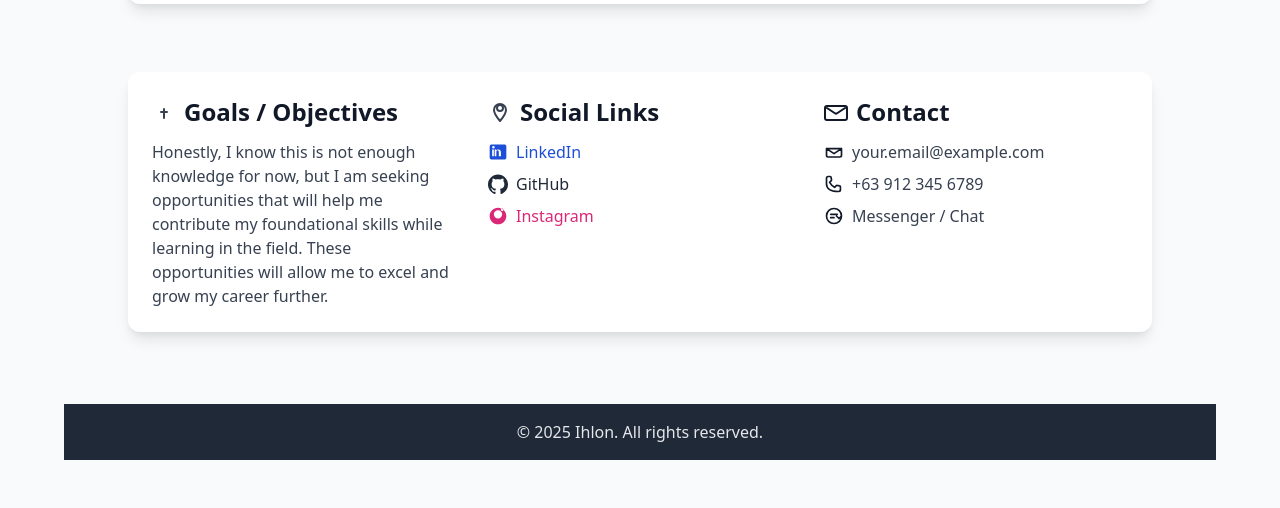
Repository: MeekSharkdev/cv-portfolio
Page: index.html
These files come from the project's save history. The page is drawn as it stood at one moment and after the next save; the edit follows.
The browser window is 1280 px wide. The pictures show the part of the page from y = 2196 to 2704 px (the page is 2704 px tall before and 2648 px after).
A picture or video elsewhere on the page could not be fetched, so the positions and the page height are approximate.

Above is the page before, as saved 2026-01-31 16:38:59.
Not found: styles.css

### index.html
<!DOCTYPE html>
<html lang="en">

<head>
    <meta charset="UTF-8" />
    <meta name="viewport" content="width=device-width, initial-scale=1.0" />
    <title>Landing Page Template</title>
    <link href="https://cdn.jsdelivr.net/npm/tailwindcss/dist/tailwind.min.css" rel="stylesheet">
    <link href="styles.css" rel="stylesheet">
</head>

<body class="bg-gray-50 text-gray-900 m-0 p-0">

    <!-- Hero Section -->
<header>
    <!-- Upper Left Container -->
    <section class="py-12 px-6 md:px-16 bg-gray-50">
        <div class="max-w-6xl mx-auto flex flex-col md:flex-row items-center md:items-start gap-8">

            <!-- Profile Image -->
            <div class="flex-shrink-0">
                <img src="assets/profile-placeholder.jpg" alt="Profile Picture"
                    class="w-48 h-48 md:w-56 md:h-56 object-cover rounded-lg shadow-lg">
            </div>

            <!-- Info Section -->
            <div class="flex flex-col justify-center gap-4">
                <!-- Full Name -->
                <h1 class="text-4xl md:text-5xl font-bold">Your Full Name</h1>

                <!-- Location -->
                <div class="flex items-center gap-2 text-gray-700">
                    <!-- Location icon (black & white stroke only) -->
                    <svg xmlns="http://www.w3.org/2000/svg" class="h-5 w-5 text-gray-700" fill="none"
                        viewBox="0 0 24 24" stroke="currentColor">
                        <path stroke-linecap="round" stroke-linejoin="round" stroke-width="2"
                            d="M12 11c1.657 0 3-1.343 3-3S13.657 5 12 5 9 6.343 9 8s1.343 3 3 3z" />
                        <path stroke-linecap="round" stroke-linejoin="round" stroke-width="2"
                            d="M12 21s-6-7-6-11a6 6 0 1112 0c0 4-6 11-6 11z" />
                    </svg>
                    <span>NCR, Philippines</span>
                </div>

                <!-- Buttons -->
                <div class="flex gap-4 mt-4">
                    <a href="assets/your-resume.pdf" target="_blank"
                        class="px-6 py-2 bg-black text-white rounded-lg hover:bg-gray-800 transition">
                        View Resume
                    </a>
                    <a href="mailto:your.email@example.com"
                        class="px-6 py-2 border border-black text-black rounded-lg hover:bg-black hover:text-white transition">
                        Send Email
                    </a>
                </div>
            </div>

        </div>
    </section>
</header>


    <!-- Features Section -->
<!-- About Me + Experience Side-by-Side -->
<section class="py-6 px-6 md:px-16 bg-gray-50">
    <div class="max-w-6xl mx-auto mt-5 flex flex-col md:flex-row gap-6">

        <!-- About Me (Left) -->
        <div class="md:w-1/2 p-6 bg-white rounded-xl shadow-lg shadow-gray-300/20">
            <!-- Header with Icon -->
            <div class="flex items-center gap-3 mb-4">
                <!-- About Icon -->
                <svg xmlns="http://www.w3.org/2000/svg" class="h-6 w-6 text-gray-700" fill="none" viewBox="0 0 24 24"
                    stroke="currentColor">
                    <path stroke-linecap="round" stroke-linejoin="round" stroke-width="2"
                        d="M13 16h-1v-4h-1m1-4h.01M12 12h.01M12 12a4 4 0 110-8 4 4 0 010 8z" />
                </svg>
                <h2 class="text-2xl font-semibold">About Me</h2>
            </div>

            <!-- Paragraphs -->
            <div class="flex flex-col gap-4 text-gray-700">
                <p>Lorem ipsum dolor sit amet, consectetur adipiscing elit. Sed do eiusmod tempor incididunt ut labore
                    et
                    dolore magna aliqua.</p>
                <p>I graduated last September 2025 and I am passionate about technology, programming, and continuous
                    learning.</p>
                <p>I am also the son of amazing parents, and I enjoy solving problems and building innovative solutions.
                </p>
            </div>
        </div>

        <!-- Experience / Timeline (Right) -->
        <div class="md:w-1/2 p-6 bg-white rounded-xl shadow-lg shadow-gray-300/20">
            <!-- Header with Icon -->
            <div class="flex items-center gap-3 mb-6">
                <!-- Standard Icon for all section headers -->
                <svg xmlns="http://www.w3.org/2000/svg" class="h-6 w-6 text-gray-700" fill="none" viewBox="0 0 24 24"
                    stroke="currentColor">
                    <circle cx="12" cy="12" r="10" stroke-width="2" stroke-linecap="round" stroke-linejoin="round" />
                </svg>
                <h2 class="text-2xl font-semibold">Experience</h2>
            </div>

            <!-- Timeline -->
            <div class="relative border-l-2 border-gray-300 pl-8 flex flex-col gap-8">

                <!-- Graduate (Latest, Top) -->
                <div class="relative">
                    <div class="absolute -left-4 top-0 w-3 h-3 bg-black rounded-full border-2 border-white"></div>
                    <div class="flex justify-between items-center">
                        <h3 class="text-lg font-bold">Graduate in BS Information Technology</h3>
                        <span class="text-gray-500">2026</span>
                    </div>
                    <p class="text-gray-600 mt-1">Completed degree with focus on software development and capstone
                        projects.</p>
                </div>

                <!-- Internship / OJT -->
                <div class="relative">
                    <div class="absolute -left-4 top-0 w-3 h-3 bg-gray-500 rounded-full border-2 border-white"></div>
                    <div class="flex justify-between items-center">
                        <h3 class="text-lg font-bold">OJT / Internship</h3>
                        <span class="text-gray-500">2025</span>
                    </div>
                    <p class="text-gray-600 mt-1">Web revamping (backend side) completed successfully.</p>
                </div>

                <!-- Capstone Project -->
                <div class="relative">
                    <div class="absolute -left-4 top-0 w-3 h-3 bg-gray-500 rounded-full border-2 border-white"></div>
                    <div class="flex justify-between items-center">
                        <h3 class="text-lg font-bold">My Capstone Project</h3>
                        <span class="text-gray-500">2024</span>
                    </div>
                    <p class="text-gray-600 mt-1">Web-based appointment scheduling system. I was the team leader.</p>
                </div>

                <!-- Bootcamp -->
                <div class="relative">
                    <div class="absolute -left-4 top-0 w-3 h-3 bg-gray-500 rounded-full border-2 border-white"></div>
                    <div class="flex justify-between items-center">
                        <h3 class="text-lg font-bold">Basic Fundamentals Bootcamp</h3>
                        <span class="text-gray-500">2023</span>
                    </div>
                    <p class="text-gray-600 mt-1">Attended basic fundamentals bootcamp for web development.</p>
                </div>

            </div>
        </div>

    </div>
</section>

    <!-- Tech Stack Section (Below About Me Section) -->
    <section class="py-6 px-6 md:px-16 bg-gray-50">
        <div class="max-w-6xl mx-auto mt-5 p-6 bg-white rounded-xl shadow-lg shadow-gray-300/20">

            <!-- Section Header -->
            <h2 class="text-2xl font-semibold mb-6 flex items-center gap-2">
                <!-- Laptop icon for Tech Stack & Skills -->
                <svg xmlns="http://www.w3.org/2000/svg" class="h-6 w-6 text-gray-700" fill="none" viewBox="0 0 24 24"
                    stroke="currentColor">
                    <path stroke-linecap="round" stroke-linejoin="round" stroke-width="2" d="M3 8h18v10H3V8z M2 18h20v2H2v-2z" />
                </svg>
                Tech Stack & Skills
            </h2>


            <!-- Categories -->
            <div class="flex flex-col gap-6">

                <!-- Frontend -->
                <div>
                    <h3 class="font-bold mb-2">Frontend:</h3>
                    <div class="flex flex-wrap gap-2">
                        <span class="px-3 py-1 bg-gray-200 rounded-full text-gray-700 text-sm">HTML</span>
                        <span class="px-3 py-1 bg-gray-200 rounded-full text-gray-700 text-sm">CSS</span>
                        <span class="px-3 py-1 bg-gray-200 rounded-full text-gray-700 text-sm">JavaScript</span>
                        <span class="px-3 py-1 bg-gray-200 rounded-full text-gray-700 text-sm">React (Vite)</span>
                        <span class="px-3 py-1 bg-gray-200 rounded-full text-gray-700 text-sm">Tailwind CSS</span>
                    </div>
                </div>

                <!-- Backend -->
                <div>
                    <h3 class="font-bold mb-2">Backend:</h3>
                    <div class="flex flex-wrap gap-2">
                        <span class="px-3 py-1 bg-gray-200 rounded-full text-gray-700 text-sm">PHP</span>
                        <span class="px-3 py-1 bg-gray-200 rounded-full text-gray-700 text-sm">C++</span>
                    </div>
                </div>

                <!-- Database -->
                <div>
                    <h3 class="font-bold mb-2">Database:</h3>
                    <div class="flex flex-wrap gap-2">
                        <span class="px-3 py-1 bg-gray-200 rounded-full text-gray-700 text-sm">MySQL</span>
                    </div>
                </div>

                <!-- Tools & Frameworks -->
                <div>
                    <h3 class="font-bold mb-2">Tools & Frameworks:</h3>
                    <div class="flex flex-wrap gap-2">
                        <span class="px-3 py-1 bg-gray-200 rounded-full text-gray-700 text-sm">GitHub</span>
                        <span class="px-3 py-1 bg-gray-200 rounded-full text-gray-700 text-sm">VSCode</span>
                        <span class="px-3 py-1 bg-gray-200 rounded-full text-gray-700 text-sm">Figma</span>
                    </div>
                </div>

                <!-- Foundational Skills -->
                <div>
                    <h3 class="font-bold mb-2">Foundational Skills:</h3>
                    <div class="flex flex-wrap gap-2">
                        <span class="px-3 py-1 bg-gray-200 rounded-full text-gray-700 text-sm">API Integration (Beginner &
                            Learning)</span>
                        <span class="px-3 py-1 bg-gray-200 rounded-full text-gray-700 text-sm">Responsive Web Design</span>
                        <span class="px-3 py-1 bg-gray-200 rounded-full text-gray-700 text-sm">JavaScript (Learning)</span>
                        <span class="px-3 py-1 bg-gray-200 rounded-full text-gray-700 text-sm">Python (Learning)</span>
                        <span class="px-3 py-1 bg-gray-200 rounded-full text-gray-700 text-sm">Laravel Framework (Basic &
                            Learning)</span>
                        <span class="px-3 py-1 bg-gray-200 rounded-full text-gray-700 text-sm">Postman (Learning)</span>
                        <span class="px-3 py-1 bg-gray-200 rounded-full text-gray-700 text-sm">Node.js (Learning)</span>
                        <span class="px-3 py-1 bg-gray-200 rounded-full text-gray-700 text-sm">Supabase (Learning)</span>
                    </div>
                </div>

            </div>

        </div>
    </section>

    <!-- Recent Certifications & Seminars Section (Below Tech Stack) -->
    <section class="py-6 px-6 md:px-16 bg-gray-50">
        <div class="max-w-6xl mx-auto mt-5 p-6 bg-white rounded-xl shadow-lg shadow-gray-300/20">

            <!-- Section Header -->
            <h2 class="text-2xl font-semibold mb-6 flex items-center gap-2">
                <!-- Certified stamp icon -->
                <svg xmlns="http://www.w3.org/2000/svg" class="h-6 w-6 text-gray-700" fill="none" viewBox="0 0 24 24"
                    stroke="currentColor">
                    <circle cx="12" cy="12" r="9" stroke-width="2" stroke-linecap="round" stroke-linejoin="round" />
                    <path stroke-linecap="round" stroke-linejoin="round" stroke-width="2" d="M9 12l2 2 4-4" />
                </svg>
                Recent Certifications & Seminars
            </h2>


            <!-- Items -->
            <div class="flex flex-col gap-4">

                <!-- Certification -->
                <div class="flex items-center gap-3 p-3 bg-gray-100 rounded-lg">
                    <svg xmlns="http://www.w3.org/2000/svg" class="h-5 w-5 text-green-600" fill="none" viewBox="0 0 24 24"
                        stroke="currentColor">
                        <path stroke-linecap="round" stroke-linejoin="round" stroke-width="2" d="M5 13l4 4L19 7" />
                    </svg>
                    <div class="flex justify-between w-full">
                        <span class="font-medium">TESDA NCII CSS - Computer Systems Servicing</span>
                        <span class="text-gray-500">2025</span>
                    </div>
                </div>

                <!-- Seminar: AI in the Workplace -->
                <div class="flex items-center gap-3 p-3 bg-gray-100 rounded-lg">
                    <svg xmlns="http://www.w3.org/2000/svg" class="h-5 w-5 text-blue-600" fill="none" viewBox="0 0 24 24"
                        stroke="currentColor">
                        <path stroke-linecap="round" stroke-linejoin="round" stroke-width="2" d="M12 8v4l3 3" />
                    </svg>
                    <div class="flex justify-between w-full">
                        <span class="font-medium">Seminar: AI in the Workplace</span>
                        <span class="text-gray-500">2025</span>
                    </div>
                </div>

                <!-- Seminar: Project Management & Web Development -->
                <div class="flex items-center gap-3 p-3 bg-gray-100 rounded-lg">
                    <svg xmlns="http://www.w3.org/2000/svg" class="h-5 w-5 text-blue-600" fill="none" viewBox="0 0 24 24"
                        stroke="currentColor">
                        <path stroke-linecap="round" stroke-linejoin="round" stroke-width="2" d="M12 8v4l3 3" />
                    </svg>
                    <div class="flex justify-between w-full">
                        <span class="font-medium">Seminar: Project Management & Web Development</span>
                        <span class="text-gray-500">2025</span>
                    </div>
                </div>

            </div>

        </div>
    </section>

<!-- Project Carousel Section (Above Footer) -->
<section class="py-12 bg-gray-50">
    <div class="max-w-6xl mx-auto">

        <!-- Projects / Portfolio Section -->
        <section class="py-6 px-6 md:px-16 bg-gray-50">
            <div class="max-w-6xl mx-auto mt-5 p-6 bg-white rounded-xl shadow-lg shadow-gray-300/20">

                <!-- Section Header -->
                <h2 class="text-2xl font-semibold mb-6 flex items-center gap-2">
                    <!-- Project / Portfolio icon -->
                    <svg xmlns="http://www.w3.org/2000/svg" class="h-6 w-6 text-gray-700" fill="none" viewBox="0 0 24 24"
                        stroke="currentColor">
                        <!-- Browser window with code lines -->
                        <path stroke-linecap="round" stroke-linejoin="round" stroke-width="2"
                            d="M3 7h18M3 7a2 2 0 012-2h14a2 2 0 012 2v12a2 2 0 01-2 2H5a2 2 0 01-2-2V7z" />
                        <path stroke-linecap="round" stroke-linejoin="round" stroke-width="2" d="M7 11h10M7 15h10" />
                    </svg>
                    Completed Projects & Capstone
                </h2>


        <!-- Carousel -->
        <div class="overflow-hidden relative">
            <div class="flex animate-scroll whitespace-nowrap gap-6">
                <!-- Blank placeholder images -->
                <img src="assets/project1-placeholder.jpg" alt="Project 1"
                    class="w-72 h-48 object-cover rounded-lg shadow-lg">
                <img src="assets/project2-placeholder.jpg" alt="Project 2"
                    class="w-72 h-48 object-cover rounded-lg shadow-lg">
                <img src="assets/project3-placeholder.jpg" alt="Project 3"
                    class="w-72 h-48 object-cover rounded-lg shadow-lg">
                <img src="assets/project4-placeholder.jpg" alt="Project 4"
                    class="w-72 h-48 object-cover rounded-lg shadow-lg">
                <!-- Duplicate images for seamless loop -->
                <img src="assets/project1-placeholder.jpg" alt="Project 1"
                    class="w-72 h-48 object-cover rounded-lg shadow-lg">
                <img src="assets/project2-placeholder.jpg" alt="Project 2"
                    class="w-72 h-48 object-cover rounded-lg shadow-lg">
            </div>
        </div>
    </div>
</section>


    <!-- Call to Action Section -->
<!-- Goals, Social Links & Contact Section -->
<section class="py-6 px-6 md:px-16 bg-gray-50">
    <div class="max-w-6xl mx-auto mt-5 p-6 bg-white rounded-xl shadow-lg shadow-gray-300/20">

        <div class="flex flex-col md:flex-row gap-8">

            <!-- Goals / Objectives -->
            <div class="md:w-1/3">
                <h2 class="text-2xl font-semibold mb-3 flex items-center gap-2">
                    <svg xmlns="http://www.w3.org/2000/svg" class="h-6 w-6 text-gray-700" fill="none"
                        viewBox="0 0 24 24" stroke="currentColor">
                        <path stroke-linecap="round" stroke-linejoin="round" stroke-width="2"
                            d="M9 12h6m-3-3v6m0-6V9m0 6v3" />
                    </svg>
                    Goals / Objectives
                </h2>
                <p class="text-gray-700">
                    Honestly, I know this is not enough knowledge for now, but I am seeking opportunities that will help
                    me contribute my foundational skills while learning in the field. These opportunities will allow me
                    to excel and grow my career further.
                </p>
            </div>

<!-- Social Links -->
<div class="md:w-1/3">
    <h2 class="text-2xl font-semibold mb-3 flex items-center gap-2">
        <!-- Social icon -->
        <svg xmlns="http://www.w3.org/2000/svg" class="h-6 w-6 text-gray-700" fill="none" viewBox="0 0 24 24"
            stroke="currentColor">
            <circle cx="12" cy="8" r="3" stroke-width="2" stroke-linecap="round" stroke-linejoin="round" />
            <path stroke-linecap="round" stroke-linejoin="round" stroke-width="2"
                d="M12 21s-6-7-6-11a6 6 0 1112 0c0 4-6 11-6 11z" />
        </svg>
        Social Links
    </h2>

    <div class="flex flex-col gap-2">
        <a href="https://linkedin.com/in/yourprofile" target="_blank"
            class="flex items-center gap-2 text-blue-700 hover:underline">
            <!-- LinkedIn simplified icon -->
            <svg xmlns="http://www.w3.org/2000/svg" class="h-5 w-5" fill="currentColor" viewBox="0 0 24 24">
                <path
                    d="M4 3a2 2 0 00-2 2v14a2 2 0 002 2h16a2 2 0 002-2V5a2 2 0 00-2-2H4zm4 14H5v-8h3v8zm-1.5-9.268a1.5 1.5 0 110-3 1.5 1.5 0 010 3zm9.5 9.268h-3v-4.5c0-1.2-.02-2.75-1.5-2.75s-1.5 1.42-1.5 2.667V17h-3v-8h2.8v1.2h.04c.4-.7 1.3-1.2 2.46-1.2 2.64 0 3.2 1.74 3.2 4V17z" />
            </svg>
            LinkedIn
        </a>

        <a href="https://github.com/yourprofile" target="_blank"
            class="flex items-center gap-2 text-gray-800 hover:underline">
            <!-- GitHub simplified icon -->
            <svg xmlns="http://www.w3.org/2000/svg" class="h-5 w-5" fill="currentColor" viewBox="0 0 24 24">
                <path
                    d="M12 .5C5.373.5 0 5.873 0 12.5c0 5.3 3.438 9.8 8.205 11.387.6.111.82-.261.82-.577 0-.285-.01-1.04-.017-2.042-3.338.724-4.042-1.61-4.042-1.61-.546-1.387-1.333-1.756-1.333-1.756-1.088-.744.083-.729.083-.729 1.205.085 1.839 1.238 1.839 1.238 1.07 1.834 2.809 1.304 3.495.997.108-.775.417-1.305.762-1.605-2.665-.303-5.466-1.333-5.466-5.933 0-1.31.468-2.381 1.235-3.221-.124-.303-.536-1.523.117-3.176 0 0 1.008-.322 3.3 1.23.957-.266 1.983-.399 3.003-.404 1.02.005 2.047.138 3.006.404 2.289-1.552 3.295-1.23 3.295-1.23.655 1.653.243 2.873.12 3.176.77.84 1.233 1.911 1.233 3.221 0 4.61-2.803 5.625-5.475 5.922.43.371.813 1.102.813 2.222 0 1.604-.015 2.897-.015 3.293 0 .319.216.694.825.576C20.563 22.3 24 17.805 24 12.5 24 5.873 18.627.5 12 .5z" />
            </svg>
            GitHub
        </a>

        <a href="https://instagram.com/yourprofile" target="_blank"
            class="flex items-center gap-2 text-pink-600 hover:underline">
            <!-- Instagram simplified icon -->
            <svg xmlns="http://www.w3.org/2000/svg" class="h-5 w-5" fill="currentColor" viewBox="0 0 24 24">
                <path
                    d="M12 2C6.477 2 2 6.477 2 12s4.477 10 10 10 10-4.477 10-10S17.523 2 12 2zm0 3a5 5 0 110 10 5 5 0 010-10zm6.5-.5a1.5 1.5 0 11-3 0 1.5 1.5 0 013 0z" />
            </svg>
            Instagram
        </a>
    </div>
</div>

            <!-- Contact Info -->
        <div class="md:w-1/3">
            <h2 class="text-2xl font-semibold mb-3 flex items-center gap-2">
                <!-- Minimal envelope icon for Contact header -->
                <svg xmlns="http://www.w3.org/2000/svg" class="h-6 w-6 text-gray-900" fill="none" viewBox="0 0 24 24"
                    stroke="currentColor">
                    <path stroke-linecap="round" stroke-linejoin="round" stroke-width="2"
                        d="M3 8l7.89 5.26a2 2 0 002.22 0L21 8M3 6h18a2 2 0 012 2v10a2 2 0 01-2 2H3a2 2 0 01-2-2V8a2 2 0 012-2z" />
                </svg>
                Contact
            </h2>

            <div class="flex flex-col gap-2 text-gray-700">
            <!-- Email -->
            <div class="flex items-center gap-2">
                <svg xmlns="http://www.w3.org/2000/svg" class="h-5 w-5 text-gray-900" fill="none" viewBox="0 0 24 24"
                    stroke="currentColor">
                    <path stroke-linecap="round" stroke-linejoin="round" stroke-width="2"
                        d="M3 8l9 6 9-6M3 8v8a2 2 0 002 2h14a2 2 0 002-2V8M3 8h18" />
                </svg>
                <span>your.email@example.com</span>
            </div>

                <!-- Phone -->
            <!-- Phone -->
            <div class="flex items-center gap-2">
                <svg xmlns="http://www.w3.org/2000/svg" class="h-5 w-5 text-gray-900" fill="none" viewBox="0 0 24 24"
                    stroke="currentColor">
                    <path stroke-linecap="round" stroke-linejoin="round" stroke-width="2"
                        d="M3 5a2 2 0 012-2h2.5a1 1 0 011 1l.5 3a1 1 0 01-.25.95l-2 2a16 16 0 006 6l2-2a1 1 0 01.95-.25l3 .5a1 1 0 011 1V19a2 2 0 01-2 2h-1C7.163 21 3 16.837 3 12V5z" />
                </svg>
                <span>+63 912 345 6789</span>
            </div>


                <!-- Chat / Messenger -->
                <div class="flex items-center gap-2">
                    <svg xmlns="http://www.w3.org/2000/svg" class="h-5 w-5 text-gray-900" fill="none" viewBox="0 0 24 24"
                        stroke="currentColor">
                        <path stroke-linecap="round" stroke-linejoin="round" stroke-width="2"
                            d="M8 10h8M8 14h4M21 12a9 9 0 11-18 0 9 9 0 0118 0zM21 12l-3 3-3-3" />
                    </svg>
                    <span>Messenger / Chat</span>
                </div>

            </div>
        </div>


        </div>

    </div>
</section>


<!-- Carousel animation -->
<style>
    @keyframes scroll {
        0% {
            transform: translateX(0);
        }

        100% {
            transform: translateX(-50%);
        }
    }

    .animate-scroll {
        animation: scroll 20s linear infinite;
    }
</style>

<!-- Footer Section -->
<!-- Footer Section -->
<footer class="bg-gray-800 text-gray-200 py-4 mt-12 w-full">
    <div class="text-center">
        &copy; 2025 Ihlon. All rights reserved.
    </div>
</footer>


</body>

</html>

After the next save:
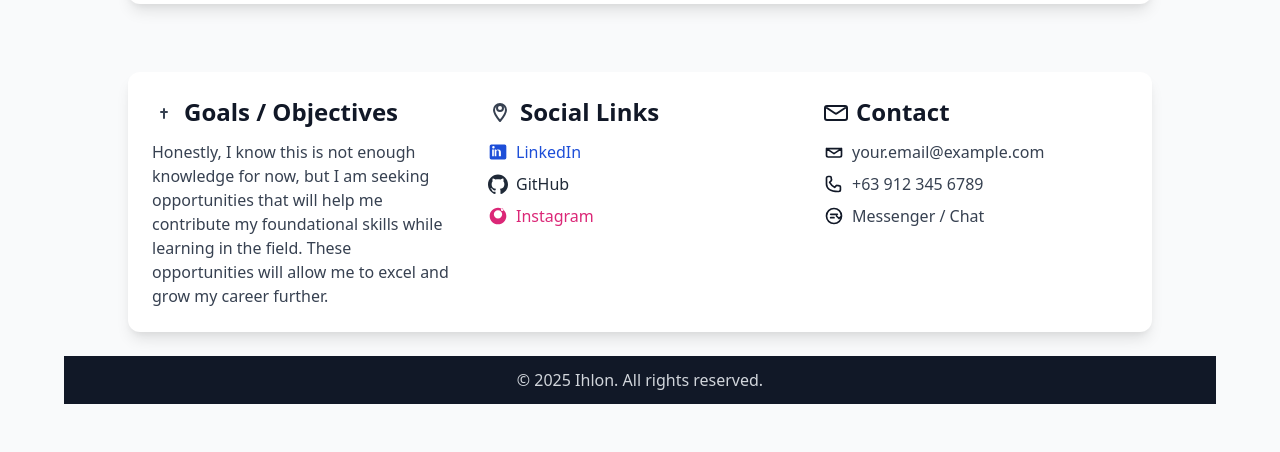
Saved 5 min 29 s later.
--- a/index.html
+++ b/index.html
@@ -478,14 +478,14 @@
 </style>
 
 <!-- Footer Section -->
-<!-- Footer Section -->
-<footer class="bg-gray-800 text-gray-200 py-4 mt-12 w-full">
-    <div class="text-center">
+<footer class="bg-gray-900 text-gray-300 w-full">
+    <div class="max-w-full mx-0 px-4 py-3 text-center">
         &copy; 2025 Ihlon. All rights reserved.
     </div>
 </footer>
 
 
+
 </body>
 
 </html>
